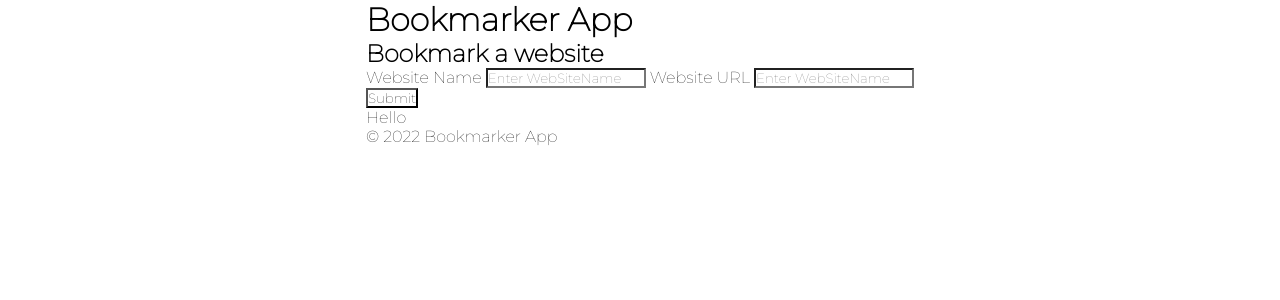
Repository: Suporl9/BookMarkerApp
Page: index.html
The author's editor kept a copy of each file at every save. The page is drawn from the files as they stood at one save, then again after the next save.
The browser window is 1280 px wide. The pictures show the whole page.

Above is the page before, as saved 2021-11-21 17:27:52.

After the next save:
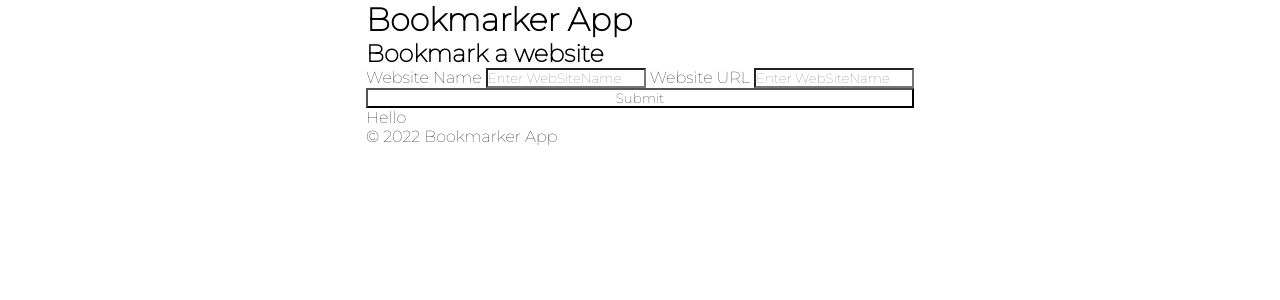
Saved 5 s later.
--- a/index.html
+++ b/index.html
@@ -13,7 +13,7 @@
         <div class="bookmarkerSection"><h1>Bookmarker App</h1></div>
         <div class="vh"></div>
         <div class="formInput">
-          <form>
+          <form class="formSec">
             <h2>Bookmark a website</h2>
             <div class="sitesec">
               <label name="siteName">Website Name</label>
